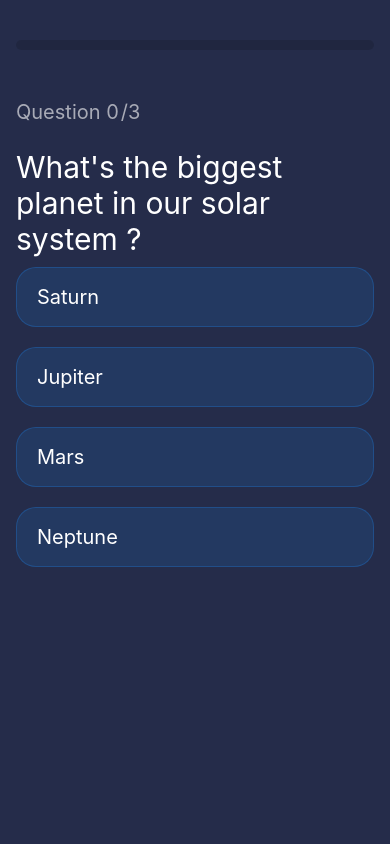
Repository: ds-mbappe/Quiz
Screen: /
An editor plug-in stored every save of this project. The screen is shown before and after the next save, followed by the edit.
The app was drawn by React Native's web renderer in a window 390 px wide. The project was rebuilt for these pictures with package versions that can differ from the ones it lists, and the page was loaded fresh each time.

Above is the screen before, as saved 2022-05-29 00:01:28.

### App.js
import React from 'react'
import { SafeAreaView, StyleSheet, Text } from 'react-native';
import { Quiz } from './screens';

const App = () => {
  return (
    <Quiz />
  )
}

export default App

const styles = StyleSheet.create({})

### screens/index.js
import Quiz from "./Quiz";

export {
    Quiz
}

### screens/Quiz.js
import React, { useState } from 'react'
import { SafeAreaView, StatusBar, StyleSheet, Text, TouchableOpacity, View, Animated, Modal } from 'react-native'
import { COLORS, SIZES } from '../constants';
import data from '../data/QuizData';
import MaterialCommunityIcons from 'react-native-vector-icons/MaterialCommunityIcons';

const Quiz = () => {

  const allQuestions = data;
  const [currentQuestionIndex, setCurrentQuestionIndex] = useState(0)
  const [currentOptionSelected, setCurrentOptionSelected] = useState(null);
  const [correctOption, setCorrectOption] = useState(null);
  const [isOptionDisabled, setIsOptionDisabled] = useState(false);
  const [score, setScore] = useState(0);
  const [showNextbutton, setShowNextButton] = useState(false);
  const [showScoreModal, setShowScoreModal] = useState(false);
  const [progress, setProgress] = useState(new Animated.Value(0));
  const progressAnim = progress.interpolate({
    inputRange: [0, allQuestions.length],
    outputRange: ['0%', '100%']
  });

  const validateAnswer = (selectedOption) => {
    let correct_option = allQuestions[currentQuestionIndex]['correct_option'];
    setCurrentOptionSelected(selectedOption);
    setCorrectOption(correct_option);
    setIsOptionDisabled(true);
    if(selectedOption == correct_option) {
      setScore(score + 1);
    }

    // Show Next Button
    setShowNextButton(true);
  }

  const handleNext = () => {
    if (currentQuestionIndex == allQuestions.length - 1) {
      setShowScoreModal(true);
    }
    else {
      setCurrentQuestionIndex(currentQuestionIndex + 1);
      setCurrentOptionSelected(null);
      setCorrectOption(null);
      setIsOptionDisabled(false);
      setShowNextButton(false);
    }
    Animated.timing(progress, {
      toValue: currentQuestionIndex + 1,
      duration: 1000,
      useNativeDriver: false
    }).start();
  }

  const restartQuiz = () => {
    setShowScoreModal(false);
    setCurrentQuestionIndex(0);
    setScore(0);
    setCurrentOptionSelected(null);
    setCorrectOption(null);
    setIsOptionDisabled(false);
    setShowNextButton(false);
    Animated.timing(progress, {
      toValue: 0,
      duration: 1000,
      useNativeDriver: false
    }).start();
  }

  const renderQuestion = () => {
    return (
      <View>
        {/* Question Counter */}
        <View style={styles.questions}>
          <Text style={{color: COLORS.white, fontSize: 20, opacity: 0.6, marginRight: 2}}>{"Question " + currentQuestionIndex}</Text>
          <Text style={{color: COLORS.white, fontSize: 20, opacity: 0.6}}>/{allQuestions.length}</Text>
        </View>

        <View style={{height: 25}}>
        </View>

        {/* Question */}
        <Text style={{color: COLORS.white, fontSize: 30}}>{allQuestions[currentQuestionIndex]?.question}</Text>
      </View>
    )
  }

  const renderOptions = () => {
    return (
      <View>
        {
          allQuestions[currentQuestionIndex]?.options.map(option => (
            <TouchableOpacity
              onPress={() => validateAnswer(option)}
              disabled={isOptionDisabled}
              key={option}
              style={{
                borderWidth: 1,
                borderColor: option == correctOption
                  ? COLORS.success
                  : option == currentOptionSelected
                    ? COLORS.error
                    : COLORS.secondary + '40',
                backgroundColor: option == correctOption
                ? COLORS.success + '20'
                : option == currentOptionSelected
                  ? COLORS.error + '20'
                  : COLORS.secondary + '20',
                height: 60,
                borderRadius: 20,
                flexDirection: 'row',
                alignItems: 'center',
                justifyContent: 'space-between',
                paddingHorizontal: 20,
                marginVertical: 10,
              }}>
              <Text style={{ fontSize: 20, color: COLORS.white }}>{option}</Text>

              {/* Show Check or Cross based on answer */}
              {
                option == correctOption ? (
                  <View style={{
                    width: 30,
                    height: 30,
                    borderRadius: 30 / 2,
                    backgroundColor: COLORS.success,
                    justifyContent: 'center',
                    alignItems: 'center'
                  }}>
                    <MaterialCommunityIcons name="check" style={{
                      color: COLORS.white,
                      fontSize: 20
                    }} />
                  </View>
                ) : option == currentOptionSelected ?(
                  <View style={{
                    width: 30,
                    height: 30,
                    borderRadius: 30 / 2,
                    backgroundColor: COLORS.error,
                    justifyContent: 'center',
                    alignItems: 'center'
                  }}>
                    <MaterialCommunityIcons name="close" style={{
                      color: COLORS.white,
                      fontSize: 20
                    }} />
                  </View>
                ) : null
              }
            </TouchableOpacity>
          ))
        }
      </View>
    )
  }

  const renderNextButton = () => {
    if (showNextbutton) {
      return (
        <TouchableOpacity
          onPress={handleNext}
          style={{ display: 'flex', justifyContent: 'center', flexDirection: 'row', marginTop: 20, width: '100%', backgroundColor: COLORS.accent, padding: 20, borderRadius: 20 }}
        >
          <Text style={{fontSize: 20, fontWeight: 'bold', color: COLORS.white, textAlign: 'center'}}>Next</Text>
          <MaterialCommunityIcons
            style={{ fontSize: 20, fontWeight: 'bold', color: COLORS.white, textAlign: 'center' }}
            name='chevron-right'
          />
        </TouchableOpacity>
      )
    }
    else {
      return null;
    }
  }

  const renderProgressBar = () => {
    return (
      <View style={{ width: '100%', height: 10, borderRadius: 20, backgroundColor: '#00000020' }}>
        <Animated.View style={[{height: 10, borderRadius: 20, backgroundColor: COLORS.accent}, {width: progressAnim}]}>

        </Animated.View>
      </View>
    )
  }

  return (
    <SafeAreaView style={styles.container}>
      <StatusBar barStyle='light-content' backgroundColor={COLORS.primary} />
      <View style={styles.mainView}>

        {/* ProgressBar */}
        {renderProgressBar()}

        {/* Question */}
        {renderQuestion()}

        {/* Options */}
        {renderOptions()}

        {/* Next Button */}
        {renderNextButton()}

        {/* Score Modal */}
        <Modal
          animationType='slide'
          transparent={true}
          visible={showScoreModal}
        >
          <View style={{ flex: 1, backgroundColor: COLORS.primary, alignItems: 'center', justifyContent: 'center' }}>
            <View style={{ backgroundColor: COLORS.white, width: '70%', borderRadius: 20, padding: 20, alignItems: 'center' }}>
              <Text style={{ fontSize: 30, fontWeight: 'bold' }}>{score > (allQuestions.length / 2) ? 'Congratulations!' : 'Oops!'}</Text>

              <View style={{ flexDirection: 'row', justifyContent: 'flex-start', alignItems: 'center', marginVertical: 20 }}>
                <Text style={{fontSize: 20, color: COLORS.black, fontWeight: 'bold'}}>Final Score   </Text>
                <Text style={{fontSize: 30, color: score > (allQuestions.length / 2) ? COLORS.success : COLORS.error}}>{score}</Text>
                <Text style={{fontSize: 20, color: COLORS.black}}>/{allQuestions.length}</Text>
              </View>
              {/* Restart Quiz */}
              <TouchableOpacity
                onPress={restartQuiz}
                style={{ backgroundColor: COLORS.accent, padding: 20, width: '100%', borderRadius: 20 }}>
                <Text style={{textAlign: 'center', fontWeight: 'bold', color: COLORS.white, fontSize: 20}}>Retry Quiz</Text>
              </TouchableOpacity>
            </View>
          </View>
        </Modal>

      </View>
    </SafeAreaView>
  )
}

export default Quiz

const styles = StyleSheet.create({
  container: {
    flex: 1,
    backgroundColor: COLORS.background
  },
  mainView: {
    flex: 1,
    paddingVertical: 40,
    paddingHorizontal: 16,
    backgroundColor: COLORS.background,
    position: 'relative',
  },
  questions: {
    flexDirection: 'row',
    alignItems: 'flex-end',
    marginTop: 50
  }
})

### data/QuizData.js
let data = [
    {
        question: "What's the biggest planet in our solar system ?",
        options: ["Saturn", "Jupiter", "Mars", "Neptune"],
        correct_option: "Jupiter"
    },
    {
        question: "Which animal can open his mouth the widest ?",
        options: ["Crocodile", "Lion", "Gorilla", "Hippo"],
        correct_option: "Hippo"
    },
    {
        question: "WHat is the largest animal on earth ?",
        options: ["The lion King", "The giraffe", "The blue whale", "The elephant"],
        correct_option: "The blue whale"
    },
    // {
    //     question: ,
    //     options: ,
    //     correct_option:
    // },
    // {
    //     question: ,
    //     options: ,
    //     correct_option:
    // }
]

export default data;

### constants/theme.js
import { Dimensions } from "react-native";
const { width, height } = Dimensions.get('window');

export const COLORS = {
    primary: "#252C4A",
    secondary: "#1E90FF",
    accent: "#3498DB",

    success: "#00C851",
    error: "#FF4444",

    black: "#171717",
    white: "#FFFFFF",
    background: "#252C4A"
}

export const SIZES = {
    base: 10,
    width,
    height
}

Loaded but not shown: constants/index.js (common file)

After the next save:
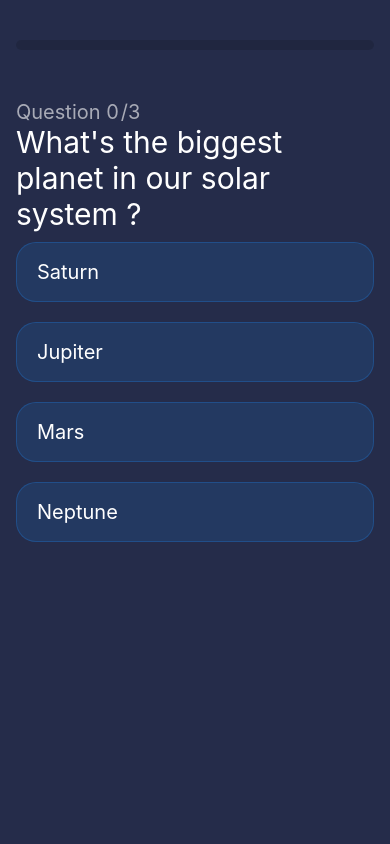
Saved 27 s later.
--- a/screens/Quiz.js
+++ b/screens/Quiz.js
@@ -75,8 +75,7 @@
           <Text style={{color: COLORS.white, fontSize: 20, opacity: 0.6}}>/{allQuestions.length}</Text>
         </View>
 
-        <View style={{height: 25}}>
-        </View>
+
 
         {/* Question */}
         <Text style={{color: COLORS.white, fontSize: 30}}>{allQuestions[currentQuestionIndex]?.question}</Text>

After the save that followed:
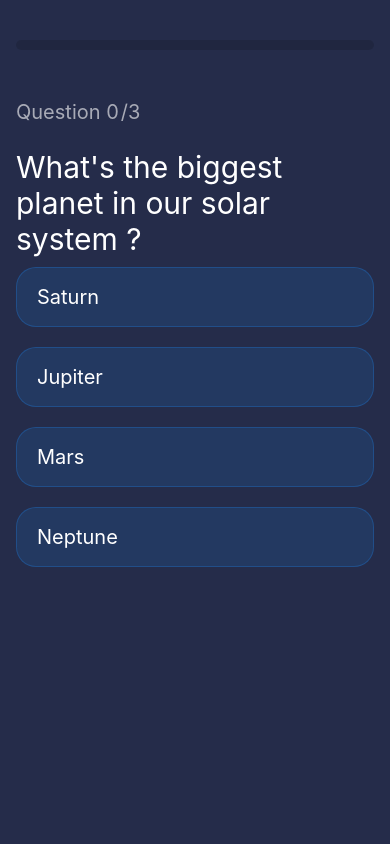
Saved 6 s later.
--- a/screens/Quiz.js
+++ b/screens/Quiz.js
@@ -75,7 +75,8 @@
           <Text style={{color: COLORS.white, fontSize: 20, opacity: 0.6}}>/{allQuestions.length}</Text>
         </View>
 
-
+        <View style={{height: 25}}>
+        </View>
 
         {/* Question */}
         <Text style={{color: COLORS.white, fontSize: 30}}>{allQuestions[currentQuestionIndex]?.question}</Text>
